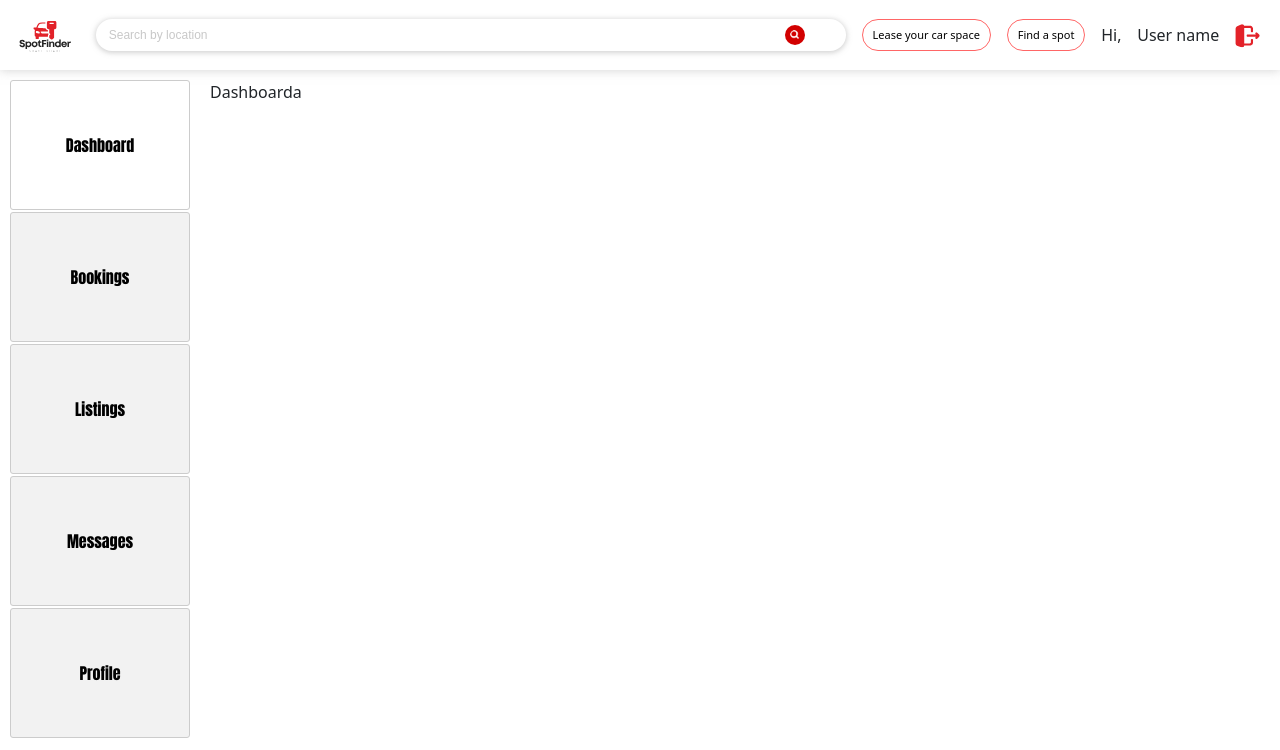
Repository: UNSWSpotFinder/SpotFinder
Page: /dashboard (app in frontend/)
An editor plug-in stored every save of this project. The page is shown before and after a run of saves, followed by the edit.
The browser window is 1280 px wide. The pictures show the whole page.
The project was rebuilt for these pictures with package versions that can differ from the ones it lists, and the page was loaded fresh each time. Also part of the build but not shown: frontend/src/Login.css, frontend/src/Login.jsx, frontend/src/Regist.css, frontend/src/Regist.jsx, frontend/src/HomePage.jsx, frontend/src/App.css, frontend/src/components/Bookings.jsx, frontend/src/components/Listings.jsx and 2 more.

Above is the page before, as saved 2024-03-09 20:48:37.

After the next 2 saves:
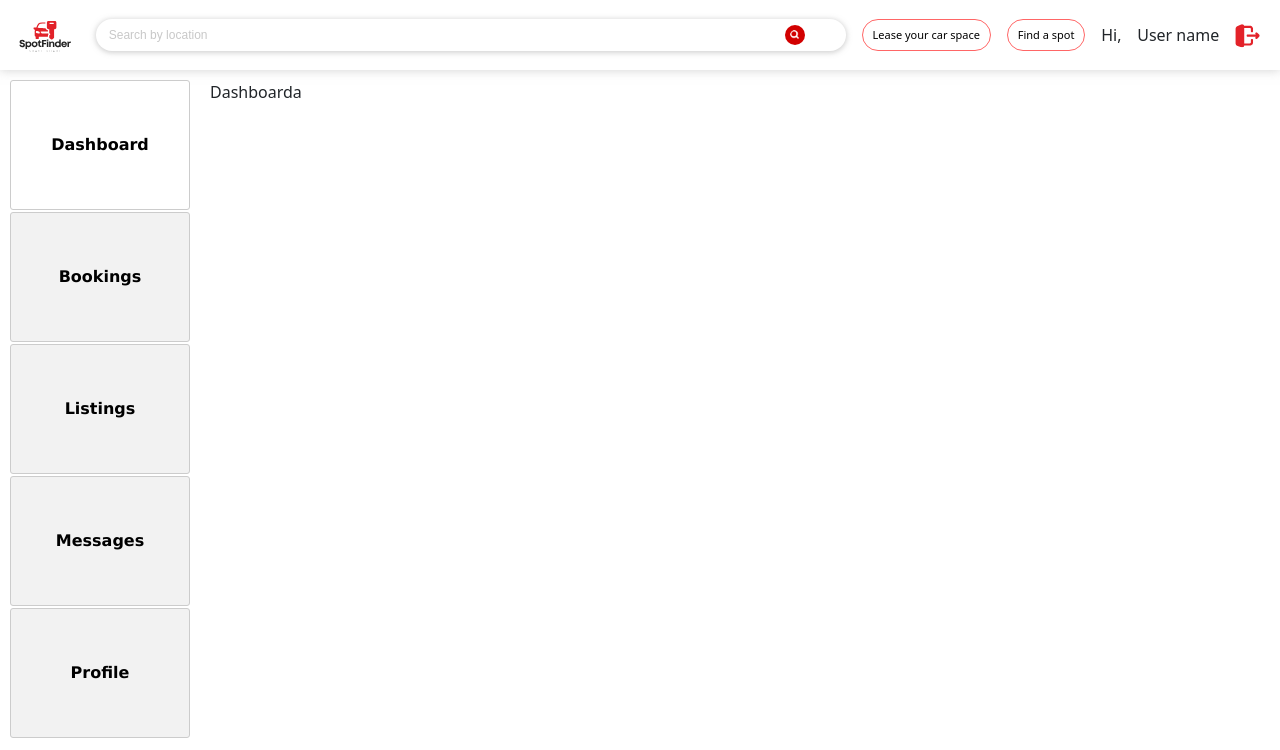
The 2 saves are shown as one change because they came seconds apart.
The last was saved 6 s later.
--- a/frontend/src/components/DashboardTop.css
+++ b/frontend/src/components/DashboardTop.css
@@ -68,7 +68,7 @@
     align-items: center; /* 垂直居中 */
     justify-content: center; /* 水平居中 */
     font-weight: bold; /* 文字加粗 */
-    font-family:Impact, Haettenschweiler, 'Arial Narrow Bold', sans-serif;
+    font-family:Verdana, Geneva, Tahoma, sans-serif;
     text-decoration: none; /* 去除下划线 */
     color: black; /* 文字颜色，可以根据需求更改 */
 
